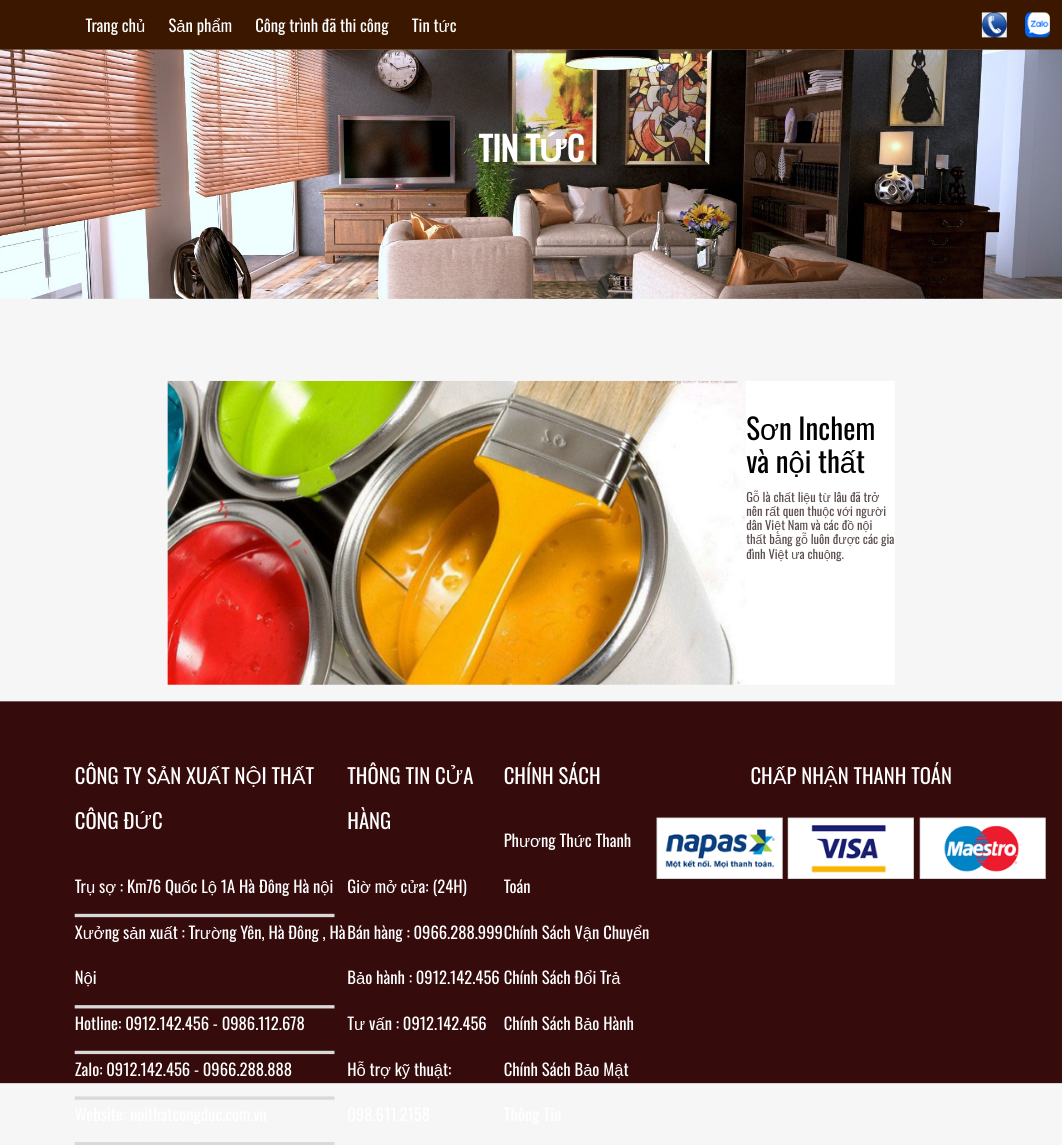
Repository: KHANHD192/FigmaTo-HTML
Page: APP-SHOP/tintuc.html
An editor plug-in stored every save of this project. The page is shown before and after the next save, followed by the edit.
The browser window is 1280 px wide. The pictures show the whole page, at 83% of full size.

Above is the page before, as saved 2022-11-22 14:33:52.

After the next save:
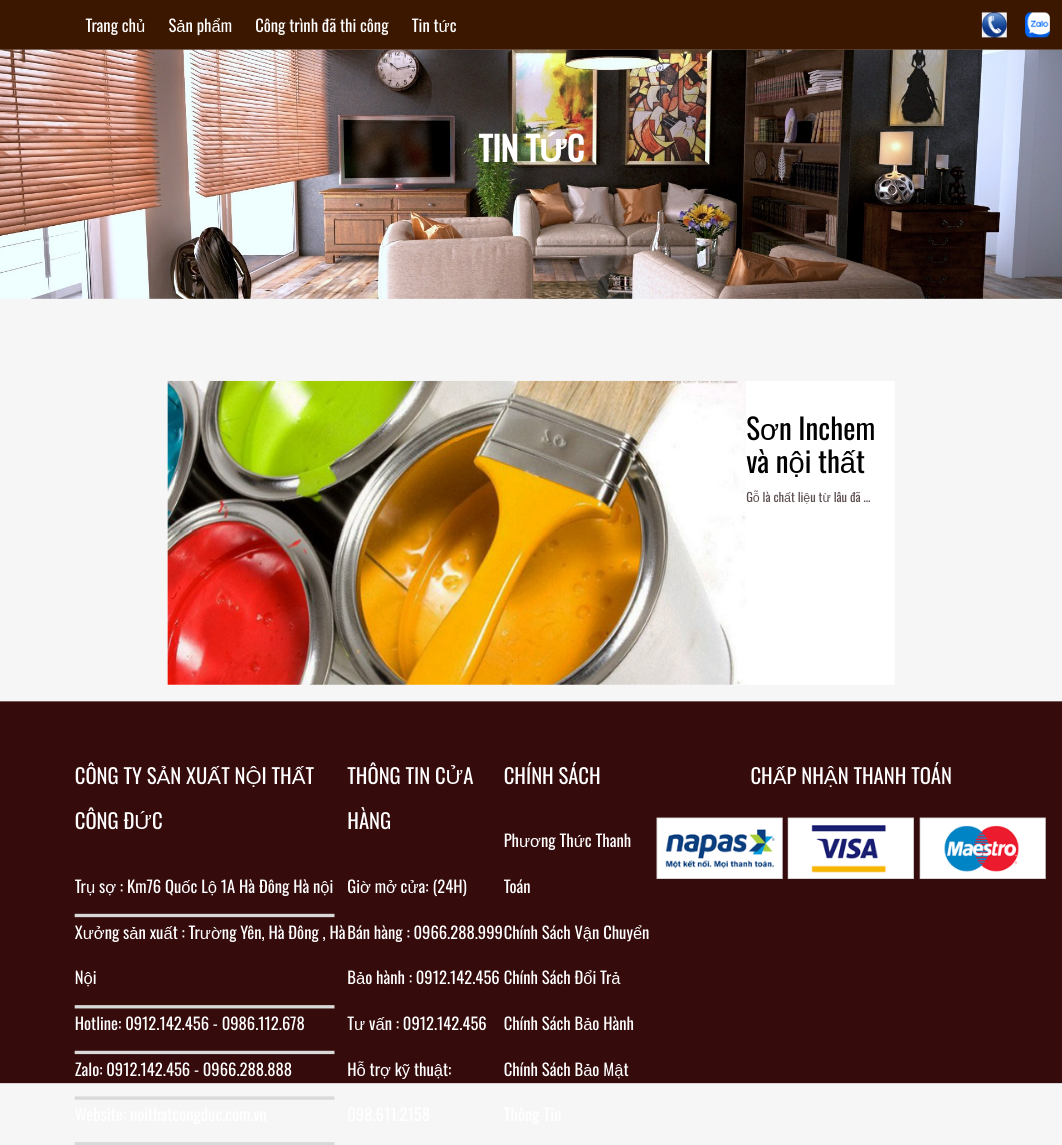
Saved 2 min 31 s later.
--- a/APP-SHOP/tintuc.html
+++ b/APP-SHOP/tintuc.html
@@ -58,6 +58,10 @@
             font-weight: 300;
             margin-top:2px;
             color: #5D4E4E;
+            white-space: nowrap;
+            max-width: 15rem;
+            overflow: hidden;
+            text-overflow: ellipsis;
           }
    </style>
     </head>
